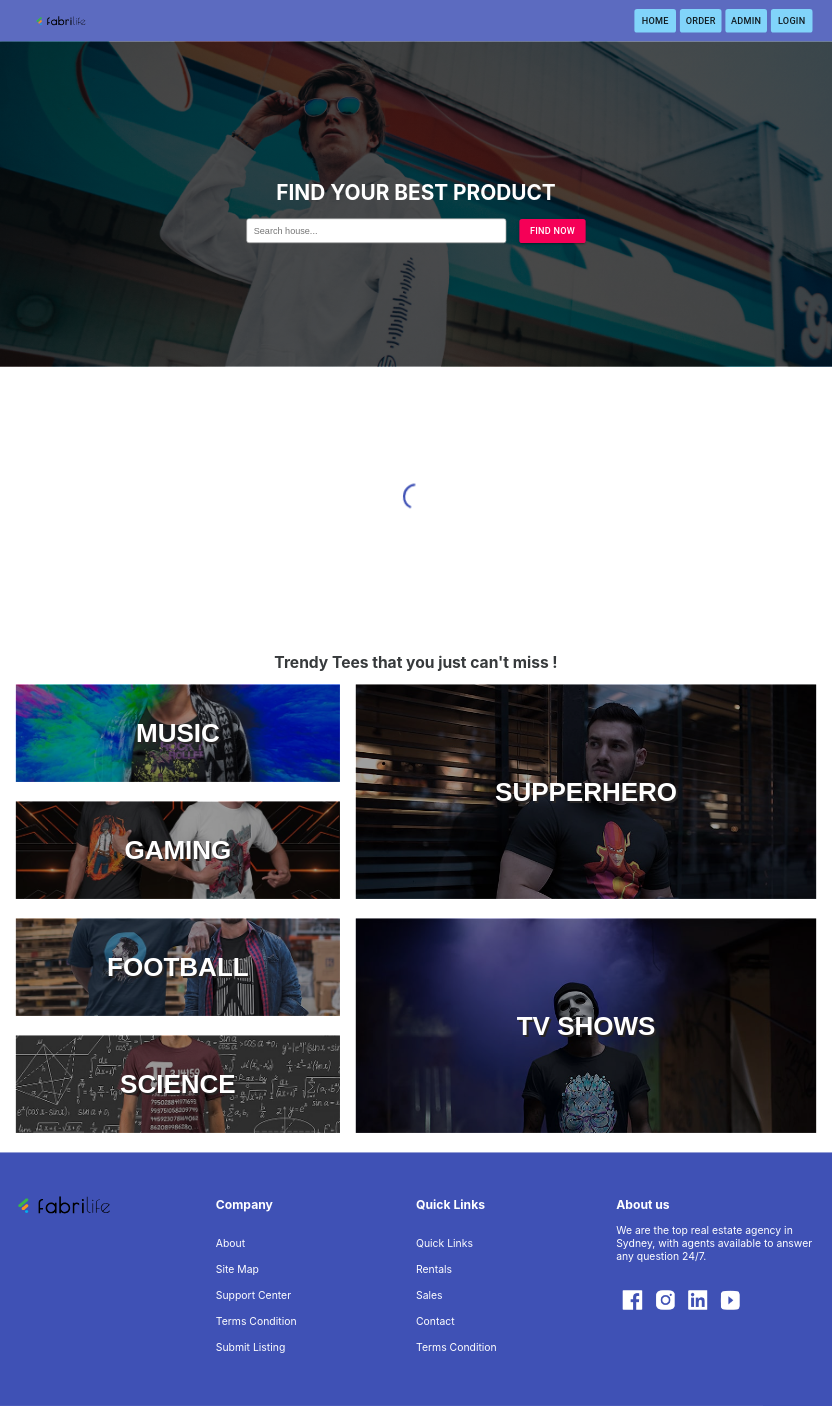
Repository: arif286/fabrilife-E-commerce-client-site
Page: /
An editor plug-in stored every save of this project. The page is shown before and after the next save, followed by the edit.
The browser window is 1280 px wide. The pictures show the whole page, at 65% of full size.
The page's requests for data from a server got no answer. The project was rebuilt for these pictures with package versions that can differ from the ones it lists, and the page was loaded fresh each time. No one was signed in, and anything a server would have sent is missing. Also part of the build but not shown: src/components/Admin/Admin.css, src/components/Admin/AddEvent/AddEvent.css, src/components/Admin/AddEvent/AddEvent.js, src/components/Admin/ProductManage/ProductManage.js, src/components/Admin/Sidebar/Sidebar.css, src/components/Admin/Sidebar/Sidebar.js, src/components/Admin/Admin.js, src/components/CheckOut/CheckOut.css and 10 more.

Above is the page before, as saved 2021-04-01 22:36:15.

After the next save:
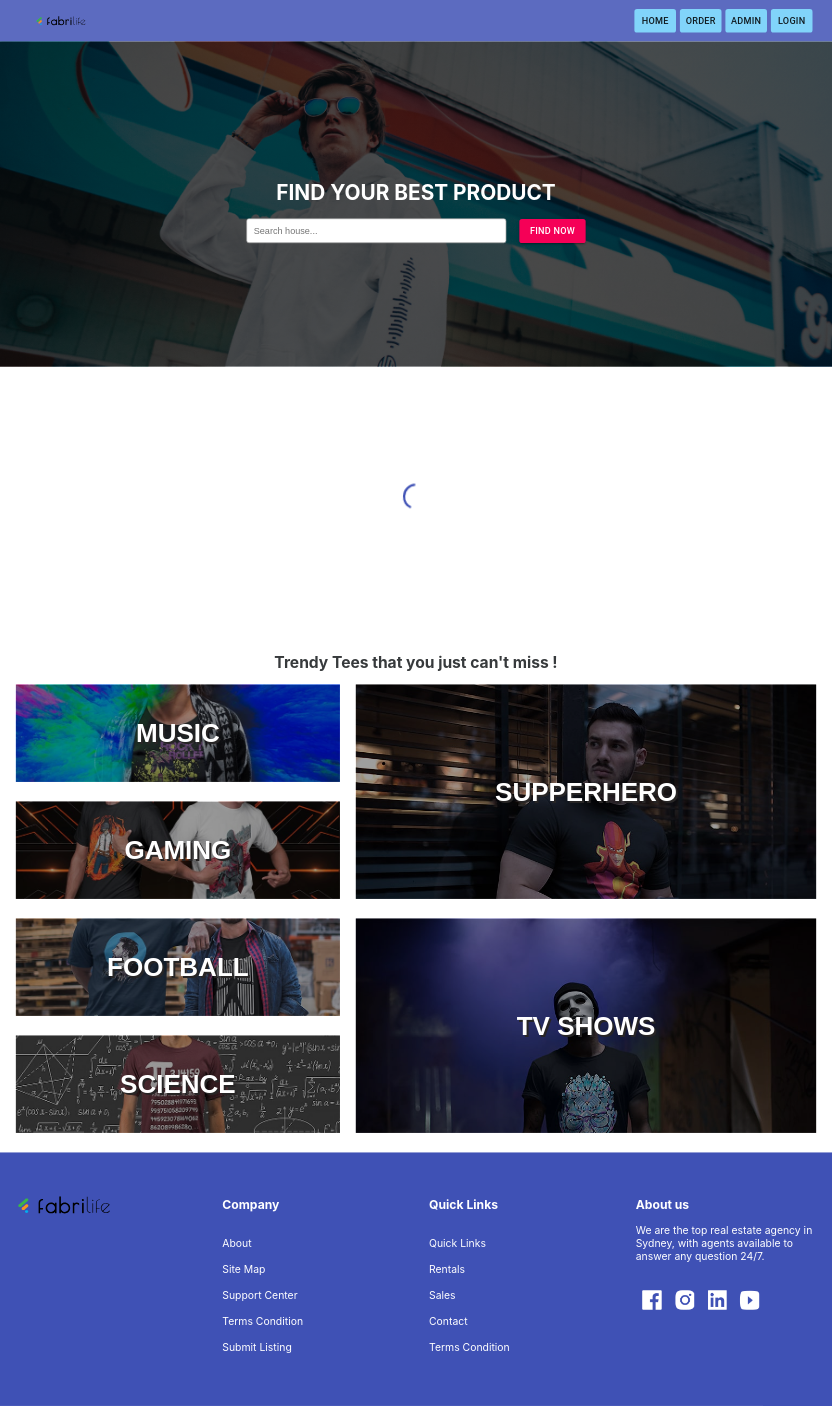
Saved 23 min 13 s later.
--- a/src/components/Footer/Footer.js
+++ b/src/components/Footer/Footer.js
@@ -26,7 +26,7 @@
   return (
     <footer>
       <Container>
-        <Grid container>
+        <Grid container spacing ={5}>
           <Grid item xs={12} sm={6} md={3}>
             <p>
               <img className="footer-logo" src={Logo} alt="" />
